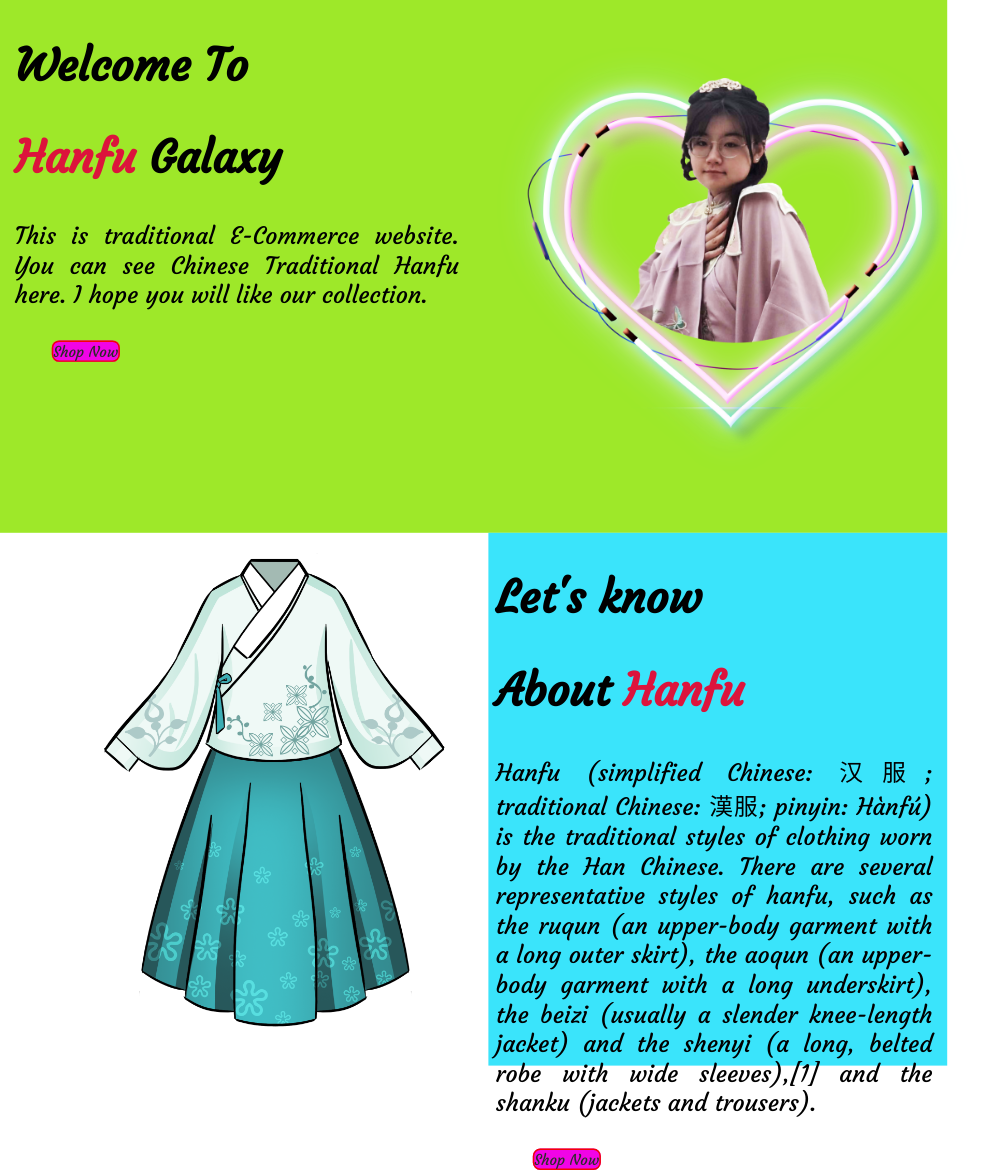
Repository: ramizraaz/E-Commerce
Page: index.html
These files come from the project's save history. The page is drawn as it stood at one moment and after a run of saves; the edit follows.
The browser window is 1280 px wide. The page is 1340 px wide, so the pictures cover 1340 px, including what lies to the right of the window. The pictures show the whole page, at 74% of full size.

Above is the page before, as saved 2022-02-06 21:37:50.

After the next 2 saves:
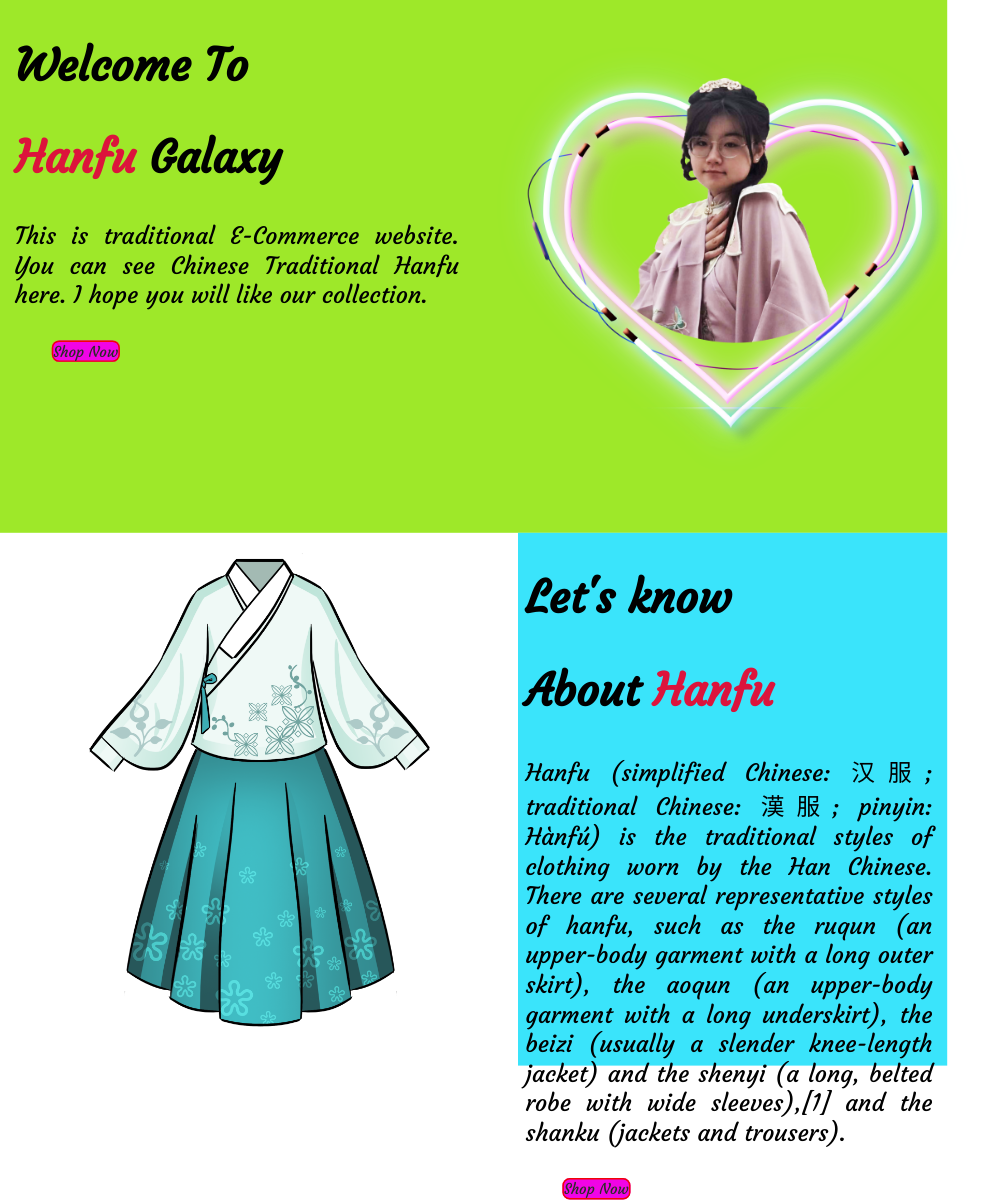
The 2 saves are shown as one change because they came seconds apart.
The last was saved 24 s later.
--- a/index.html
+++ b/index.html
@@ -23,7 +23,7 @@
         </div>
     </section>
     <section class="mid">
-        <div class="container ">
+        <div class="mid-img">
             <img src="images/bg-2.png" alt="showart">
         </div>
         <div class="mid-con">
